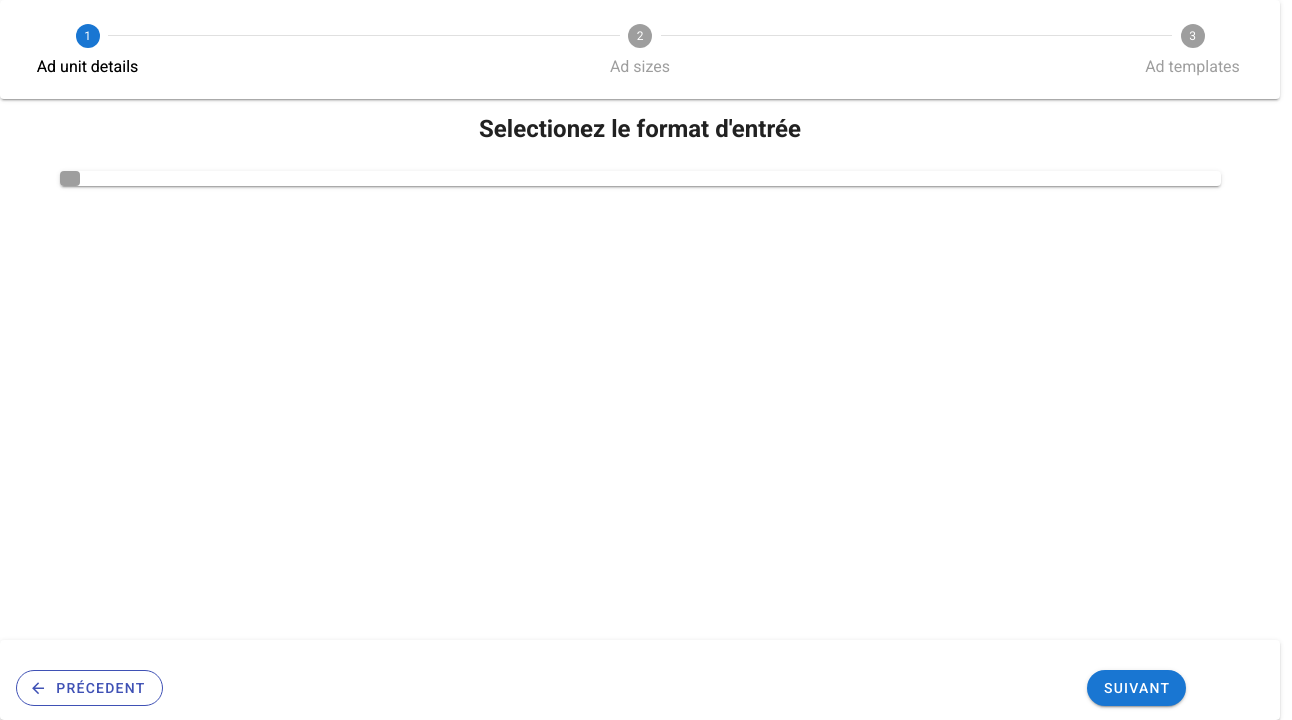
Repository: SidneyHodieb/myc
Page: /addsource/format
An editor plug-in stored every save of this project. The page is shown before and after the next save, followed by the edit.
The browser window is 1280 px wide. The page is 1292 px wide, so the pictures cover 1292 px, including what lies to the right of the window. The pictures show the whole page.
Pictures or frames that could not be fetched are drawn as grey boxes. The project was rebuilt for these pictures with package versions that can differ from the ones it lists, and the page was loaded fresh each time. Also part of the build but not shown: vue.config.js, src/views/Home.vue, src/views/addSource/components/card.vue, src/views/addSource/components/trigger.vue.

Above is the page before, as saved 2021-04-03 20:05:13.

After the next save:
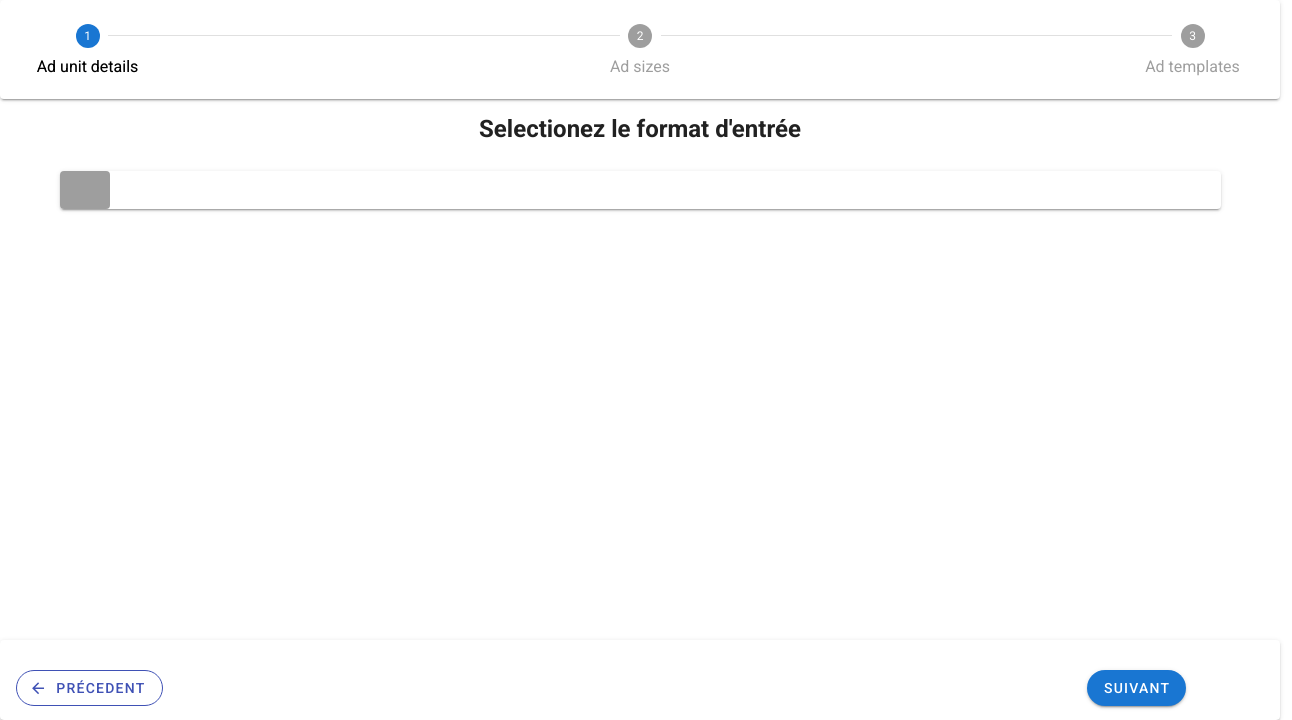
Saved 6 s later.
--- a/src/views/addSource/components/format.vue
+++ b/src/views/addSource/components/format.vue
@@ -8,7 +8,7 @@
         <v-card>
           <v-img
           sizes="80"
-           width="20"
+           width="50"
             src="https://www.flaticon.com/svg/vstatic/svg/786/786788.svg?token=exp=1617473650~hmac=f02174a0ee444bdd71a855da4ad95c3d"
         ></v-img>
         </v-card>
